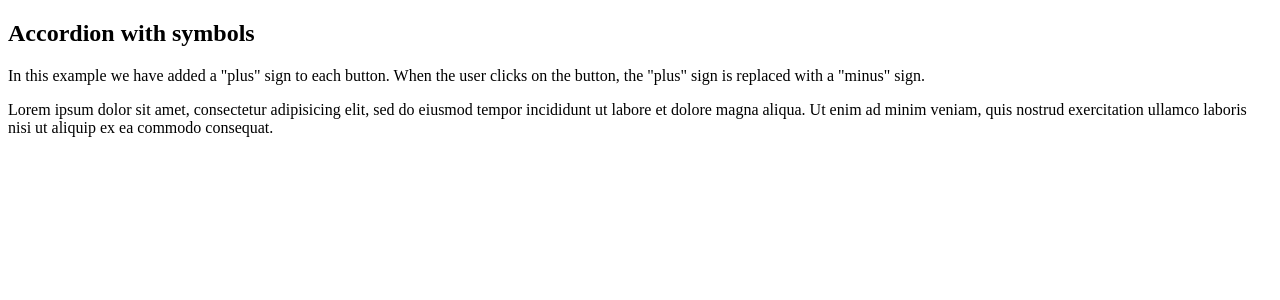
Repository: 16lineEyes/accordion
Page: index.html/index.html
These files come from the project's save history. The page is drawn as it stood at one moment and after a run of saves; the edit follows.
The browser window is 1280 px wide. The pictures show the whole page.

Above is the page before, as saved 2024-07-20 19:43:57.

### index.html/index.html
<!DOCTYPE html>
<html lang="en">
<head>
    <meta charset="UTF-8">
    <meta name="viewport" content="width=device-width, initial-scale=1.0">
    <title>Document</title>
</head>
<body>
    <h2>Accordion with symbols</h2>
<p>In this example we have added a "plus" sign to each button. When the user clicks on the button, the "plus" sign is replaced with a "minus" sign.</p>
<div class="panel">  <p>Lorem ipsum dolor sit amet, consectetur adipisicing elit, sed do eiusmod tempor incididunt ut labore et dolore magna aliqua. Ut enim ad minim veniam, quis nostrud exercitation ullamco laboris nisi ut aliquip ex ea commodo consequat.</p>

</div>

</body>
</html>

After the next 2 saves:
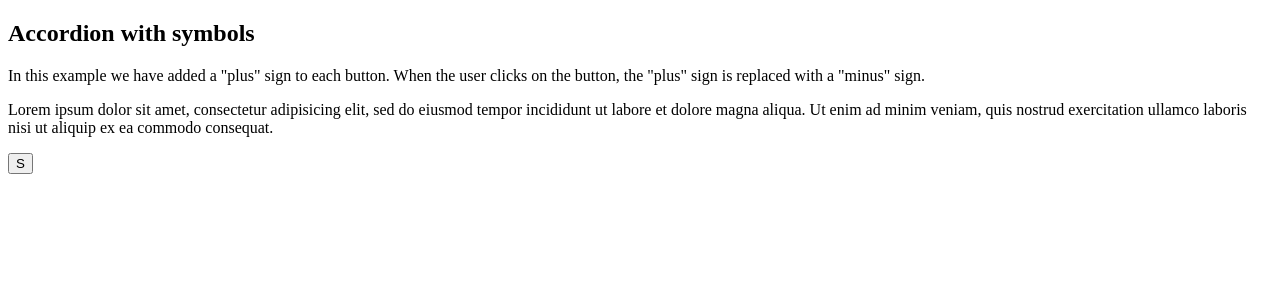
The 2 saves are shown as one change because they came seconds apart.
The last was saved 10 s later.
--- a/index.html/index.html
+++ b/index.html/index.html
@@ -11,6 +11,6 @@
 <div class="panel">  <p>Lorem ipsum dolor sit amet, consectetur adipisicing elit, sed do eiusmod tempor incididunt ut labore et dolore magna aliqua. Ut enim ad minim veniam, quis nostrud exercitation ullamco laboris nisi ut aliquip ex ea commodo consequat.</p>
 
 </div>
-
+<button class="accordion">S</button>
 </body>
 </html>
